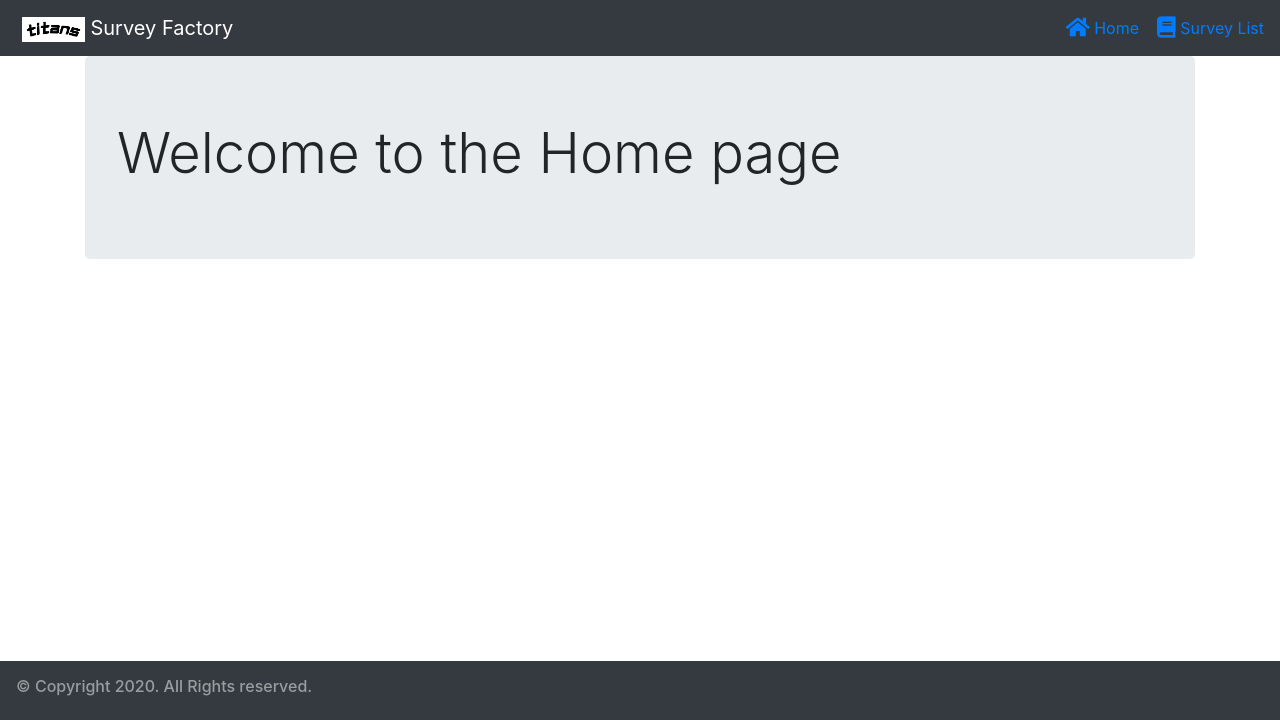
Repository: lord-NAVY/titans
Page: http://localhost/
The author's editor kept a copy of each file at every save. The page is drawn from the files as they stood at one save, then again after the next save.
The browser window is 1280 px wide. The pictures show the whole page.
The page is served by the project's Node server (server.js). Other server files are loaded and not shown.

Above is the page before, as saved 2021-11-09 21:04:32.

### server/views/partials/main_nav.ejs
<!-- Main Navigation -->
  <nav class="navbar navbar-expand-lg navbar-dark bg-dark">
      <a class="navbar-brand" href="/"><i class="fa fa-bookmark-o"></i> <img src="assets/images/logo.png" width="10%"> Survey Factory</a>
    <button class="navbar-toggler" type="button" data-toggle="collapse" data-target="#navbarSupportedContent" aria-controls="navbarSupportedContent" aria-expanded="false" aria-label="Toggle navigation">
      <span class="navbar-toggler-icon"></span>
    </button>

    <div class="collapse navbar-collapse" id="navbarSupportedContent">
      <ul class="navbar-nav ml-auto">

           <% if(title == "Home") { %>
          <li class="active"><a href="/"><i class="fa fa-home fa-lg"></i> Home   &nbsp; &nbsp; </a></li>
        <% } else { %>
          <li><a href="/"><i class="fa fa-home fa-lg"></i> Home &nbsp; &nbsp;   </a></li>
        <% } %>

          <% if(title == "books") { %>
          <li class="active"><a href="/books"><i class="fa fa-book fa-lg">
          </i>    Survey List</a></li>
          <% } else { %>
            <li><a href="/book-list"><i class="fa fa-book fa-lg">
            </i>   Survey List</a></li>
          <% } %>
</ul>
    </div>
  </nav>

### server/views/partials/bottom_nav.ejs
<!-- Bottom Nav -->
  <footer>
    <nav class="navbar fixed-bottom navbar-dark bg-dark">
      <h6 class="display-6 navbar-text">&copy; Copyright 2020. All Rights reserved.</h6>
    </nav>
  </footer>

### server.js
#!/usr/bin/env node

/* server.js
Students's name: Arshpreet Singh
StudentID: 301174738
Date: 31 October, 2021
*/

/**
 * Module dependencies.
 */

var app = require('./server/config/app');
var debug = require('debug')('week-4:server');
var http = require('http');

/**
 * Get port from environment and store in Express.
 */

var port = normalizePort(process.env.PORT || '3000');
app.set('port', port);

/**
 * Create HTTP server.
 */

var server = http.createServer(app);

/**
 * Listen on provided port, on all network interfaces.
 */

server.listen(port);
server.on('error', onError);
server.on('listening', onListening);

/**
 * Normalize a port into a number, string, or false.
 */

function normalizePort(val) {
  var port = parseInt(val, 10);

  if (isNaN(port)) {
    // named pipe
    return val;
  }

  if (port >= 0) {
    // port number
    return port;
  }

  return false;
}

/**
 * Event listener for HTTP server "error" event.
 */

function onError(error) {
  if (error.syscall !== 'listen') {
    throw error;
  }

  var bind = typeof port === 'string'
    ? 'Pipe ' + port
    : 'Port ' + port;

  // handle specific listen errors with friendly messages
  switch (error.code) {
    case 'EACCES':
      console.error(bind + ' requires elevated privileges');
      process.exit(1);
      break;
    case 'EADDRINUSE':
      console.error(bind + ' is already in use');
      process.exit(1);
      break;
    default:
      throw error;
  }
}

/**
 * Event listener for HTTP server "listening" event.
 */

function onListening() {
  var addr = server.address();
  var bind = typeof addr === 'string'
    ? 'pipe ' + addr
    : 'port ' + addr.port;
  debug('Listening on ' + bind);
}

### server/controllers/index.js
/* index.js
Students's name: Arshpreet Singh
StudentID: 301174738
Date: 31 October, 2021
Web app name: COMP229-F2021-MidTerm-301174738
*/

let express = require('express');
let router = express.Router();

module.exports.displayHomePage = (req, res, next) => {
    res.render('index', {title: 'Home'});
}

module.exports.displayAboutPage = (req, res, next) => {
    res.render('index', { title: 'About'});
}

module.exports.displayProductsPage = (req, res, next) => {
    res.render('index', { title: 'Products'});
}

module.exports.displayServicesPage = (req, res, next) => {
    res.render('index', { title: 'Services'});
}

module.exports.displayContactPage = (req, res, next) => {
    res.render('index', { title: 'Contact'});
}

### public/Content/app.css
/* app.css
Students's name: Arshpreet Singh
StudentID: 301174738
Date: 31 October, 2021
Web app name: COMP229-F2021-MidTerm-301174738
*/

/* custom css goes here */

### public/Scripts/app.js
/* app.js
Students's name: Arshpreet Singh
StudentID: 301174738
Date: 31 October, 2021
Web app name: COMP229-F2021-MidTerm-301174738
*/

// IIFE -- Immediately Invoked Function Expression
(function(){

    function Start()
    {
        console.log("App Started...");

        let deleteButtons = document.querySelectorAll('.btn-danger');

        for(button of deleteButtons)
        {
            button.addEventListener('click', (event)=>{
                if(!confirm("Are you sure?"))
                {
                    event.preventDefault();
                    window.location.assign('/book-list');
                }
            });
        }
    }

    window.addEventListener("load", Start);

})();

Loaded but not shown: server/views/index.ejs (common file); server/views/partials/header.ejs (common file); server/views/partials/footer.ejs (common file)

After the next save:
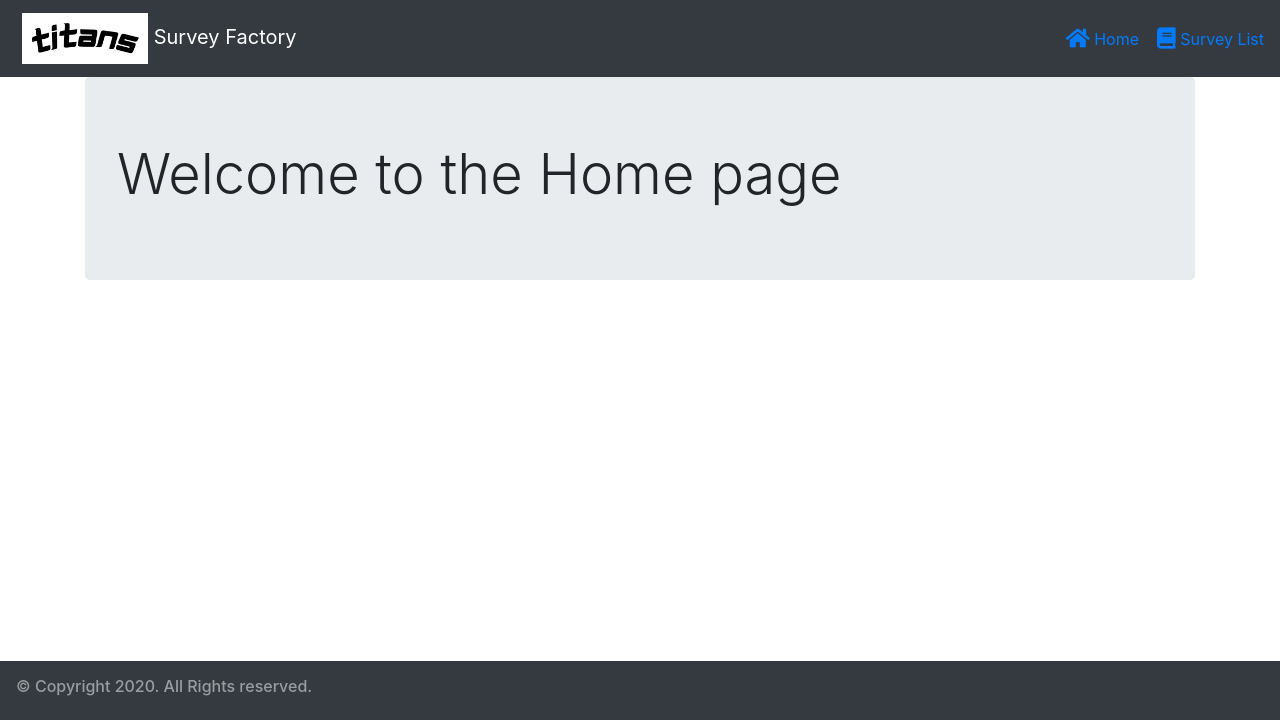
Saved 47 s later.
--- a/server/views/partials/main_nav.ejs
+++ b/server/views/partials/main_nav.ejs
@@ -1,6 +1,6 @@
 <!-- Main Navigation -->
   <nav class="navbar navbar-expand-lg navbar-dark bg-dark">
-      <a class="navbar-brand" href="/"><i class="fa fa-bookmark-o"></i> <img src="assets/images/logo.png" width="10%"> Survey Factory</a>
+      <a class="navbar-brand" href="/"><i class="fa fa-bookmark-o"></i> <img src="assets/images/logo.png" width="20%"> Survey Factory</a>
     <button class="navbar-toggler" type="button" data-toggle="collapse" data-target="#navbarSupportedContent" aria-controls="navbarSupportedContent" aria-expanded="false" aria-label="Toggle navigation">
       <span class="navbar-toggler-icon"></span>
     </button>
